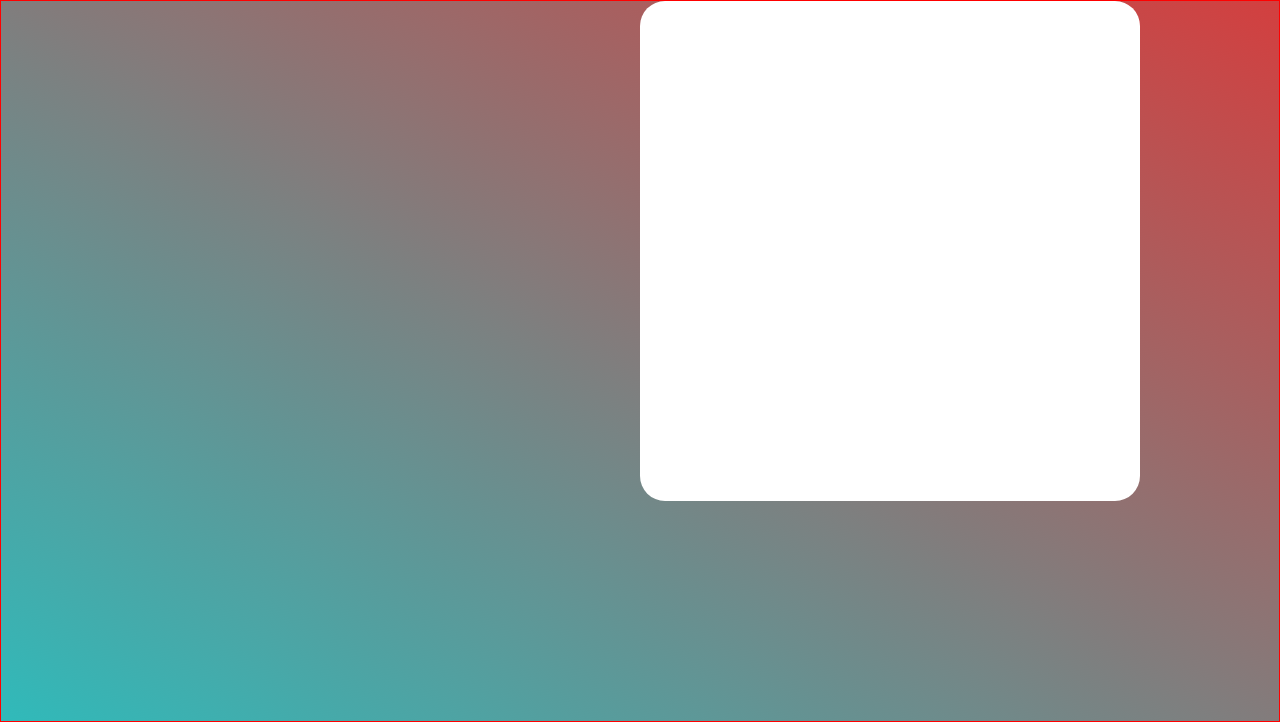
Repository: Lewisjohnward/kindle-clippings-to-cards
Page: /
These files come from the project's save history. The page is drawn as it stood at one moment and after the next save; the edit follows.
The browser window is 1280 px wide. The pictures show the whole page.
Backgrounds fixed to the window are drawn as part of the page. The project was rebuilt for these pictures with package versions that can differ from the ones it lists, and the page was loaded fresh each time.

Above is the page before, as saved 2021-10-28 20:27:19.

### src/index.js
import React from "react"
import ReactDOM from "react-dom"
import App from "./App"
ReactDOM.render(<App />, document.getElementById('root'))

### src/App.js
import styled, { createGlobalStyle } from "styled-components";

const GlobalStyle = createGlobalStyle`
    html{
        min-height: 100%;
        border: 1px solid red;
    }

    body{
        position: relative;
        height: 100%;
        margin: 0;
        padding: 0;
        background-repeat: no-repeat;
        background-attachment: fixed;
        background-image: linear-gradient(
            30deg,
            rgb(48, 186, 186),
            rgb(211, 63, 63)
        );
    }
`;

const MainContainer = styled.div`
  position: absolute;
  left: 50%;
  top: 50%;
  width: 500px;
  height: 500px;
  border-radius: 25px;
  background: white;
`;

const App = () => {
  return (
    <>
      <GlobalStyle />
      <MainContainer />
    </>
  );
};

export default App;

Loaded but not shown: public/index.html (common file)

After the next save:
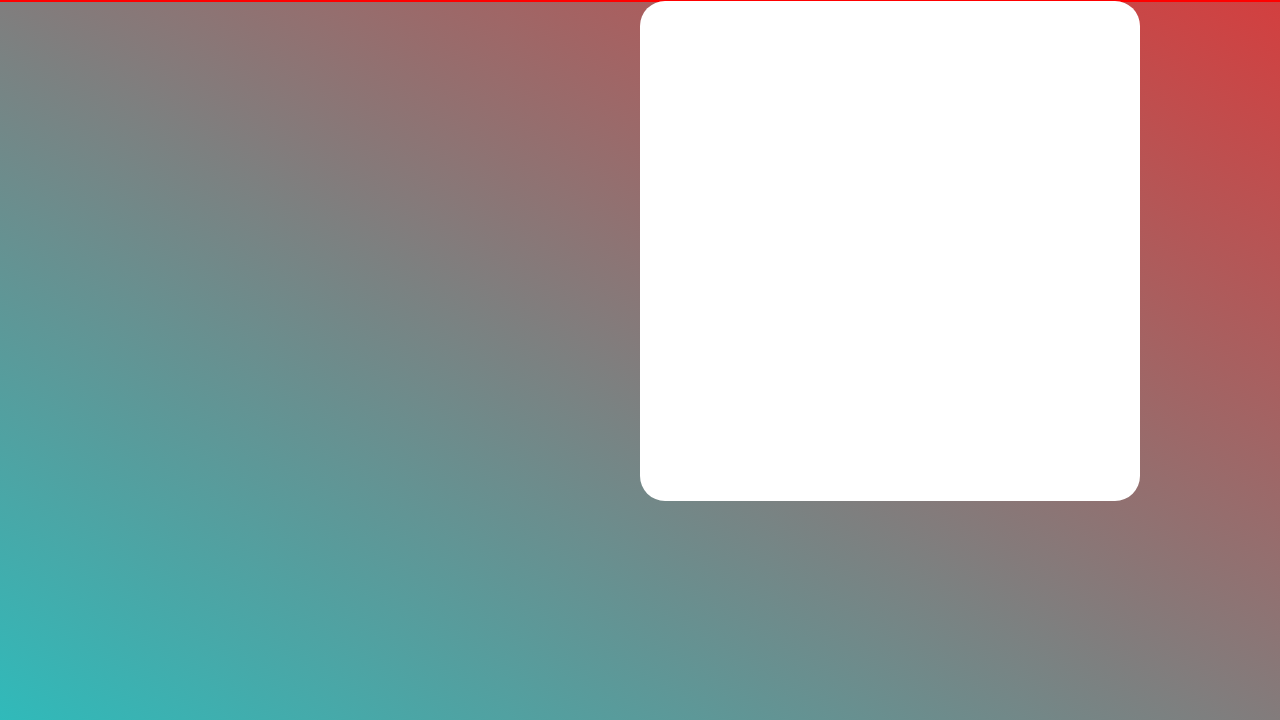
Saved 14 s later.
--- a/src/App.js
+++ b/src/App.js
@@ -3,7 +3,7 @@
 const GlobalStyle = createGlobalStyle`
     html{
         min-height: 100%;
-        border: 1px solid red;
+
     }
 
     body{
@@ -18,6 +18,7 @@
             rgb(48, 186, 186),
             rgb(211, 63, 63)
         );
+        border: 1px solid red;
     }
 `;
 
